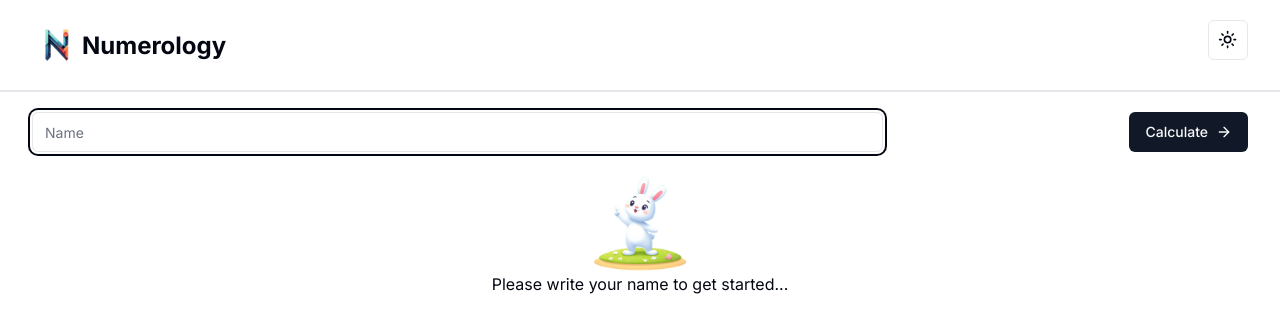
Repository: RaghunadhSahitDruvam/mynumerology
Page: /
These files come from the project's save history. The page is drawn as it stood at one moment and after the next save; the edit follows.
The browser window is 1280 px wide. The pictures show the whole page.
The project was rebuilt for these pictures with package versions that can differ from the ones it lists, and the page was loaded fresh each time. The framework's server and built-in components were replaced by stand-ins that run in the browser. Also part of the build but not shown: next.config.js.

Above is the page before, as saved 2023-12-19 16:20:39.

### app/layout.tsx
import type { Metadata } from "next";
import { Inter } from "next/font/google";
import "./globals.css";
import { ThemeProvider } from "@/components/theme-provider";
import Header from "@/components/header";

const inter = Inter({ subsets: ["latin"] });

export const metadata: Metadata = {
  title: "Numerology",
  description: "Officially designed by ⭐ Raghunadh ⭐",
};

export default function RootLayout({
  children,
}: {
  children: React.ReactNode;
}) {
  return (
    <html lang="en">
      <body className={inter.className}>
        {" "}
        <ThemeProvider
          attribute="class"
          defaultTheme="system"
          enableSystem
          disableTransitionOnChange
        >
          {children}
        </ThemeProvider>
      </body>
    </html>
  );
}

### app/page.tsx
// @ts-nocheck
"use client";
import React, { useEffect, useRef, useState } from "react";
import { Input } from "@/components/ui/input";
import { Button } from "@/components/ui/button";
import { ArrowRight } from "lucide-react";
import axios from "axios";
import Header from "@/components/header";
import Image from "next/image";
import { useRouter, useSearchParams } from "next/navigation";

interface DataSource {
  name_g2_block?: string;
  name_g3_block?: string;
  g2tot?: number;
  g2vtot?: number;
  g2nettot?: number;
  g3tot?: number;
  g3vtot?: number;
  g3nettot?: number;
  tot_letters?: number;
}

const Page: React.FC = () => {
  let [textName, setTextName] = useState<string>("");
  const [dataSource, setDataSource] = useState<DataSource | null>(null);
  const searchParams = useSearchParams();
  let search = searchParams.get("name");
  const router = useRouter();

  useEffect(() => {
    // Set initial value only if it's different from the current state
    if (search !== null && search !== textName) {
      setTextName(search);
    }
  }, [search, textName]);

  const inputFocusRef = useRef(null);
  const buttonRef = useRef(null);
  useEffect(() => {
    inputFocusRef.current.focus();
    if (search !== null) {
      if (buttonRef.current) {
        buttonRef.current.click();
      }
    }
  }, []);
  const submitHandler = (e: React.FormEvent<HTMLFormElement>) => {
    e.preventDefault();
    axios
      .get(`https://phinzi.com/convert?name=${textName}`)
      .then((res) => setDataSource(res.data));
  };

  const updateURL = (newTextName: string) => {
    // Update the URL without a page reload
    router.push(`?name=${encodeURIComponent(newTextName)}`);
  };

  return (
    <div className="">
      <Header />

      <div>
        <form
          className="container gap flex justify-between"
          onSubmit={(e) => submitHandler(e)}
        >
          <Input
            type="text"
            placeholder="Name"
            className="w-[70%]"
            value={textName}
            ref={inputFocusRef}
            onChange={(e) => {
              const newValue = e.target.value;
              setTextName(newValue);
              updateURL(newValue); // Update the URL when input changes
            }}
          />
          <Button type="submit" ref={buttonRef}>
            Calculate <ArrowRight className="ml-2 h-4 w-4" />
          </Button>
        </form>
      </div>
      {dataSource ? (
        <>
          <div className="container mt-[30px] flex items-start justify-start">
            <table
              border={2}
              className="border-2 dark:border-white border-black"
            >
              <thead className="border-2  dark:border-white border-black p-[20px]">
                <tr className="border-2  dark:border-white border-black">
                  <th className="border-2  dark:border-white border-black px-[20px]">
                    Group
                  </th>
                  <th className="border-2  dark:border-white border-black">
                    Name
                  </th>
                  <th className="border-2  dark:border-white border-black px-[20px]">
                    Total
                  </th>
                  <th className="border-2  dark:border-white border-black px-[20px]">
                    V
                  </th>
                  <th className="border-2  dark:border-white border-black px-[20px]">
                    C
                  </th>
                </tr>
              </thead>
              <tbody className="border-2  dark:border-white border-black ">
                <tr className="border-2  dark:border-white border-black">
                  <td className="border-2  dark:border-white border-black">
                    C
                  </td>
                  <td className="px-[20px] border-2  dark:border-white border-black">
                    <table
                      className="px-[20px] table-padding"
                      dangerouslySetInnerHTML={{
                        __html:
                          typeof dataSource !== "undefined" &&
                          dataSource?.name_g2_block,
                      }}
                    ></table>
                  </td>

                  <td className="border-2  dark:border-white border-black">
                    {dataSource?.g2tot}
                  </td>
                  <td className="border-2  dark:border-white border-black">
                    {" "}
                    {dataSource?.g2vtot}
                  </td>
                  <td className="border-2  dark:border-white border-black">
                    {" "}
                    {dataSource?.g2nettot}
                  </td>
                </tr>
                <tr className="border-2  dark:border-white border-black">
                  <td className="border-2  dark:border-white border-black">
                    P
                  </td>
                  <td className="px-[20px] border-2  dark:border-white border-black">
                    <table
                      className="px-[20px] table-padding"
                      dangerouslySetInnerHTML={{
                        __html:
                          typeof dataSource !== "undefined" &&
                          dataSource?.name_g3_block,
                      }}
                    ></table>
                  </td>

                  <td className="border-2  dark:border-white border-black">
                    {dataSource?.g3tot}
                  </td>
                  <td className="border-2  dark:border-white border-black">
                    {" "}
                    {dataSource?.g3vtot}
                  </td>
                  <td className="border-2  dark:border-white border-black">
                    {" "}
                    {dataSource?.g3nettot}
                  </td>
                </tr>
              </tbody>
            </table>
          </div>
          <div className="container flex  items-start mt-[10px] justify-between">
            {" "}
            Total Letters - {dataSource?.tot_letters}
            <Button
              variant={"destructive"}
              onClick={() => {
                setDataSource(null);
                setTextName("");
              }}
            >
              Cancel
            </Button>
          </div>
        </>
      ) : (
        <>
          <div className="flex justify-center">
            <Image
              className="justify-center align-middle items-center"
              src={"/images/up.png"}
              alt="rabbit_showing_up"
              height={100}
              width={100}
            />
          </div>
          <div className="container flex justify-center align-middle">
            <h1>Please write your name to get started...</h1>
          </div>
        </>
      )}
    </div>
  );
};

export default Page;

### app/globals.css
@tailwind base;
@tailwind components;
@tailwind utilities;

@layer base {
  :root {
    --background: 0 0% 100%;
    --foreground: 224 71.4% 4.1%;

    --card: 0 0% 100%;
    --card-foreground: 224 71.4% 4.1%;

    --popover: 0 0% 100%;
    --popover-foreground: 224 71.4% 4.1%;

    --primary: 220.9 39.3% 11%;
    --primary-foreground: 210 20% 98%;

    --secondary: 220 14.3% 95.9%;
    --secondary-foreground: 220.9 39.3% 11%;

    --muted: 220 14.3% 95.9%;
    --muted-foreground: 220 8.9% 46.1%;

    --accent: 220 14.3% 95.9%;
    --accent-foreground: 220.9 39.3% 11%;

    --destructive: 0 84.2% 60.2%;
    --destructive-foreground: 210 20% 98%;

    --border: 220 13% 91%;
    --input: 220 13% 91%;
    --ring: 224 71.4% 4.1%;

    --radius: 0.5rem;
  }

  .dark {
    --background: 224 71.4% 4.1%;
    --foreground: 210 20% 98%;

    --card: 224 71.4% 4.1%;
    --card-foreground: 210 20% 98%;

    --popover: 224 71.4% 4.1%;
    --popover-foreground: 210 20% 98%;

    --primary: 210 20% 98%;
    --primary-foreground: 220.9 39.3% 11%;

    --secondary: 215 27.9% 16.9%;
    --secondary-foreground: 210 20% 98%;

    --muted: 215 27.9% 16.9%;
    --muted-foreground: 217.9 10.6% 64.9%;

    --accent: 215 27.9% 16.9%;
    --accent-foreground: 210 20% 98%;

    --destructive: 0 62.8% 30.6%;
    --destructive-foreground: 210 20% 98%;

    --border: 215 27.9% 16.9%;
    --input: 215 27.9% 16.9%;
    --ring: 216 12.2% 83.9%;
  }
}

@layer base {
  * {
    @apply border-border;
  }
  body {
    @apply bg-background text-foreground;
  }
  .container {
    @apply mx-[50px];
  }
  .mainHeading {
    @apply text-2xl font-bold;
  }
  .gap {
    @apply my-[20px];
  }
  .table-padding tbody > tr > td {
    @apply px-[15px];
  }
}

### components/ui/input.tsx
import * as React from "react"

import { cn } from "@/lib/utils"

export interface InputProps
  extends React.InputHTMLAttributes<HTMLInputElement> {}

const Input = React.forwardRef<HTMLInputElement, InputProps>(
  ({ className, type, ...props }, ref) => {
    return (
      <input
        type={type}
        className={cn(
          "flex h-10 w-full rounded-md border border-input bg-background px-3 py-2 text-sm ring-offset-background file:border-0 file:bg-transparent file:text-sm file:font-medium placeholder:text-muted-foreground focus-visible:outline-none focus-visible:ring-2 focus-visible:ring-ring focus-visible:ring-offset-2 disabled:cursor-not-allowed disabled:opacity-50",
          className
        )}
        ref={ref}
        {...props}
      />
    )
  }
)
Input.displayName = "Input"

export { Input }

### components/ui/button.tsx
import * as React from "react"
import { Slot } from "@radix-ui/react-slot"
import { cva, type VariantProps } from "class-variance-authority"

import { cn } from "@/lib/utils"

const buttonVariants = cva(
  "inline-flex items-center justify-center rounded-md text-sm font-medium ring-offset-background transition-colors focus-visible:outline-none focus-visible:ring-2 focus-visible:ring-ring focus-visible:ring-offset-2 disabled:pointer-events-none disabled:opacity-50",
  {
    variants: {
      variant: {
        default: "bg-primary text-primary-foreground hover:bg-primary/90",
        destructive:
          "bg-destructive text-destructive-foreground hover:bg-destructive/90",
        outline:
          "border border-input bg-background hover:bg-accent hover:text-accent-foreground",
        secondary:
          "bg-secondary text-secondary-foreground hover:bg-secondary/80",
        ghost: "hover:bg-accent hover:text-accent-foreground",
        link: "text-primary underline-offset-4 hover:underline",
      },
      size: {
        default: "h-10 px-4 py-2",
        sm: "h-9 rounded-md px-3",
        lg: "h-11 rounded-md px-8",
        icon: "h-10 w-10",
      },
    },
    defaultVariants: {
      variant: "default",
      size: "default",
    },
  }
)

export interface ButtonProps
  extends React.ButtonHTMLAttributes<HTMLButtonElement>,
    VariantProps<typeof buttonVariants> {
  asChild?: boolean
}

const Button = React.forwardRef<HTMLButtonElement, ButtonProps>(
  ({ className, variant, size, asChild = false, ...props }, ref) => {
    const Comp = asChild ? Slot : "button"
    return (
      <Comp
        className={cn(buttonVariants({ variant, size, className }))}
        ref={ref}
        {...props}
      />
    )
  }
)
Button.displayName = "Button"

export { Button, buttonVariants }

### components/header.tsx
import React from "react";
import { ModeToggle } from "./mode";
import Link from "next/link";
import Image from "next/image";

const Header = () => {
  return (
    <div className={``}>
      <div className="flex my-[20px] mainHeading justify-between  container ">
        <Link href={"/"} className="flex align-middle text-center ">
          <Image src={"/images/logo.png"} alt="logo" height={50} width={50} />
          <span className="mt-[10px]">Numerology</span>
        </Link>
        <ModeToggle />
      </div>
      <div className="border-b-2"></div>
    </div>
  );
};

export default Header;

### components/mode.tsx
"use client";

import * as React from "react";
import { Moon, Sun } from "lucide-react";
import { useTheme } from "next-themes";

import { Button } from "@/components/ui/button";
import {
  DropdownMenu,
  DropdownMenuContent,
  DropdownMenuItem,
  DropdownMenuTrigger,
} from "@/components/ui/dropdown-menu";

export function ModeToggle() {
  const { setTheme } = useTheme();

  return (
    <DropdownMenu>
      <DropdownMenuTrigger asChild>
        <Button variant="outline" size="icon">
          <Sun className="h-[1.2rem] w-[1.2rem] rotate-0 scale-100 transition-all dark:-rotate-90 dark:scale-0" />
          <Moon className="absolute h-[1.2rem] w-[1.2rem] rotate-90 scale-0 transition-all dark:rotate-0 dark:scale-100" />
          <span className="sr-only">Toggle theme</span>
        </Button>
      </DropdownMenuTrigger>
      <DropdownMenuContent align="end">
        <DropdownMenuItem onClick={() => setTheme("light")}>
          Light
        </DropdownMenuItem>
        <DropdownMenuItem onClick={() => setTheme("dark")}>
          Dark
        </DropdownMenuItem>
        <DropdownMenuItem onClick={() => setTheme("system")}>
          System
        </DropdownMenuItem>
      </DropdownMenuContent>
    </DropdownMenu>
  );
}

### components/ui/dropdown-menu.tsx
import * as React from "react"
import * as DropdownMenuPrimitive from "@radix-ui/react-dropdown-menu"
import { Check, ChevronRight, Circle } from "lucide-react"

import { cn } from "@/lib/utils"

const DropdownMenu = DropdownMenuPrimitive.Root

const DropdownMenuTrigger = DropdownMenuPrimitive.Trigger

const DropdownMenuGroup = DropdownMenuPrimitive.Group

const DropdownMenuPortal = DropdownMenuPrimitive.Portal

const DropdownMenuSub = DropdownMenuPrimitive.Sub

const DropdownMenuRadioGroup = DropdownMenuPrimitive.RadioGroup

const DropdownMenuSubTrigger = React.forwardRef<
  React.ElementRef<typeof DropdownMenuPrimitive.SubTrigger>,
  React.ComponentPropsWithoutRef<typeof DropdownMenuPrimitive.SubTrigger> & {
    inset?: boolean
  }
>(({ className, inset, children, ...props }, ref) => (
  <DropdownMenuPrimitive.SubTrigger
    ref={ref}
    className={cn(
      "flex cursor-default select-none items-center rounded-sm px-2 py-1.5 text-sm outline-none focus:bg-accent data-[state=open]:bg-accent",
      inset && "pl-8",
      className
    )}
    {...props}
  >
    {children}
    <ChevronRight className="ml-auto h-4 w-4" />
  </DropdownMenuPrimitive.SubTrigger>
))
DropdownMenuSubTrigger.displayName =
  DropdownMenuPrimitive.SubTrigger.displayName

const DropdownMenuSubContent = React.forwardRef<
  React.ElementRef<typeof DropdownMenuPrimitive.SubContent>,
  React.ComponentPropsWithoutRef<typeof DropdownMenuPrimitive.SubContent>
>(({ className, ...props }, ref) => (
  <DropdownMenuPrimitive.SubContent
    ref={ref}
    className={cn(
      "z-50 min-w-[8rem] overflow-hidden rounded-md border bg-popover p-1 text-popover-foreground shadow-lg data-[state=open]:animate-in data-[state=closed]:animate-out data-[state=closed]:fade-out-0 data-[state=open]:fade-in-0 data-[state=closed]:zoom-out-95 data-[state=open]:zoom-in-95 data-[side=bottom]:slide-in-from-top-2 data-[side=left]:slide-in-from-right-2 data-[side=right]:slide-in-from-left-2 data-[side=top]:slide-in-from-bottom-2",
      className
    )}
    {...props}
  />
))
DropdownMenuSubContent.displayName =
  DropdownMenuPrimitive.SubContent.displayName

const DropdownMenuContent = React.forwardRef<
  React.ElementRef<typeof DropdownMenuPrimitive.Content>,
  React.ComponentPropsWithoutRef<typeof DropdownMenuPrimitive.Content>
>(({ className, sideOffset = 4, ...props }, ref) => (
  <DropdownMenuPrimitive.Portal>
    <DropdownMenuPrimitive.Content
      ref={ref}
      sideOffset={sideOffset}
      className={cn(
        "z-50 min-w-[8rem] overflow-hidden rounded-md border bg-popover p-1 text-popover-foreground shadow-md data-[state=open]:animate-in data-[state=closed]:animate-out data-[state=closed]:fade-out-0 data-[state=open]:fade-in-0 data-[state=closed]:zoom-out-95 data-[state=open]:zoom-in-95 data-[side=bottom]:slide-in-from-top-2 data-[side=left]:slide-in-from-right-2 data-[side=right]:slide-in-from-left-2 data-[side=top]:slide-in-from-bottom-2",
        className
      )}
      {...props}
    />
  </DropdownMenuPrimitive.Portal>
))
DropdownMenuContent.displayName = DropdownMenuPrimitive.Content.displayName

const DropdownMenuItem = React.forwardRef<
  React.ElementRef<typeof DropdownMenuPrimitive.Item>,
  React.ComponentPropsWithoutRef<typeof DropdownMenuPrimitive.Item> & {
    inset?: boolean
  }
>(({ className, inset, ...props }, ref) => (
  <DropdownMenuPrimitive.Item
    ref={ref}
    className={cn(
      "relative flex cursor-default select-none items-center rounded-sm px-2 py-1.5 text-sm outline-none transition-colors focus:bg-accent focus:text-accent-foreground data-[disabled]:pointer-events-none data-[disabled]:opacity-50",
      inset && "pl-8",
      className
    )}
    {...props}
  />
))
DropdownMenuItem.displayName = DropdownMenuPrimitive.Item.displayName

const DropdownMenuCheckboxItem = React.forwardRef<
  React.ElementRef<typeof DropdownMenuPrimitive.CheckboxItem>,
  React.ComponentPropsWithoutRef<typeof DropdownMenuPrimitive.CheckboxItem>
>(({ className, children, checked, ...props }, ref) => (
  <DropdownMenuPrimitive.CheckboxItem
    ref={ref}
    className={cn(
      "relative flex cursor-default select-none items-center rounded-sm py-1.5 pl-8 pr-2 text-sm outline-none transition-colors focus:bg-accent focus:text-accent-foreground data-[disabled]:pointer-events-none data-[disabled]:opacity-50",
      className
    )}
    checked={checked}
    {...props}
  >
    <span className="absolute left-2 flex h-3.5 w-3.5 items-center justify-center">
      <DropdownMenuPrimitive.ItemIndicator>
        <Check className="h-4 w-4" />
      </DropdownMenuPrimitive.ItemIndicator>
    </span>
    {children}
  </DropdownMenuPrimitive.CheckboxItem>
))
DropdownMenuCheckboxItem.displayName =
  DropdownMenuPrimitive.CheckboxItem.displayName

const DropdownMenuRadioItem = React.forwardRef<
  React.ElementRef<typeof DropdownMenuPrimitive.RadioItem>,
  React.ComponentPropsWithoutRef<typeof DropdownMenuPrimitive.RadioItem>
>(({ className, children, ...props }, ref) => (
  <DropdownMenuPrimitive.RadioItem
    ref={ref}
    className={cn(
      "relative flex cursor-default select-none items-center rounded-sm py-1.5 pl-8 pr-2 text-sm outline-none transition-colors focus:bg-accent focus:text-accent-foreground data-[disabled]:pointer-events-none data-[disabled]:opacity-50",
      className
    )}
    {...props}
  >
    <span className="absolute left-2 flex h-3.5 w-3.5 items-center justify-center">
      <DropdownMenuPrimitive.ItemIndicator>
        <Circle className="h-2 w-2 fill-current" />
      </DropdownMenuPrimitive.ItemIndicator>
    </span>
    {children}
  </DropdownMenuPrimitive.RadioItem>
))
DropdownMenuRadioItem.displayName = DropdownMenuPrimitive.RadioItem.displayName

const DropdownMenuLabel = React.forwardRef<
  React.ElementRef<typeof DropdownMenuPrimitive.Label>,
  React.ComponentPropsWithoutRef<typeof DropdownMenuPrimitive.Label> & {
    inset?: boolean
  }
>(({ className, inset, ...props }, ref) => (
  <DropdownMenuPrimitive.Label
    ref={ref}
    className={cn(
      "px-2 py-1.5 text-sm font-semibold",
      inset && "pl-8",
      className
    )}
    {...props}
  />
))
DropdownMenuLabel.displayName = DropdownMenuPrimitive.Label.displayName

const DropdownMenuSeparator = React.forwardRef<
  React.ElementRef<typeof DropdownMenuPrimitive.Separator>,
  React.ComponentPropsWithoutRef<typeof DropdownMenuPrimitive.Separator>
>(({ className, ...props }, ref) => (
  <DropdownMenuPrimitive.Separator
    ref={ref}
    className={cn("-mx-1 my-1 h-px bg-muted", className)}
    {...props}
  />
))
DropdownMenuSeparator.displayName = DropdownMenuPrimitive.Separator.displayName

const DropdownMenuShortcut = ({
  className,
  ...props
}: React.HTMLAttributes<HTMLSpanElement>) => {
  return (
    <span
      className={cn("ml-auto text-xs tracking-widest opacity-60", className)}
      {...props}
    />
  )
}
DropdownMenuShortcut.displayName = "DropdownMenuShortcut"

export {
  DropdownMenu,
  DropdownMenuTrigger,
  DropdownMenuContent,
  DropdownMenuItem,
  DropdownMenuCheckboxItem,
  DropdownMenuRadioItem,
  DropdownMenuLabel,
  DropdownMenuSeparator,
  DropdownMenuShortcut,
  DropdownMenuGroup,
  DropdownMenuPortal,
  DropdownMenuSub,
  DropdownMenuSubContent,
  DropdownMenuSubTrigger,
  DropdownMenuRadioGroup,
}

Loaded but not shown: components/theme-provider.tsx (common file); lib/utils.ts (common file); tailwind.config.js (common file)

After the next save:
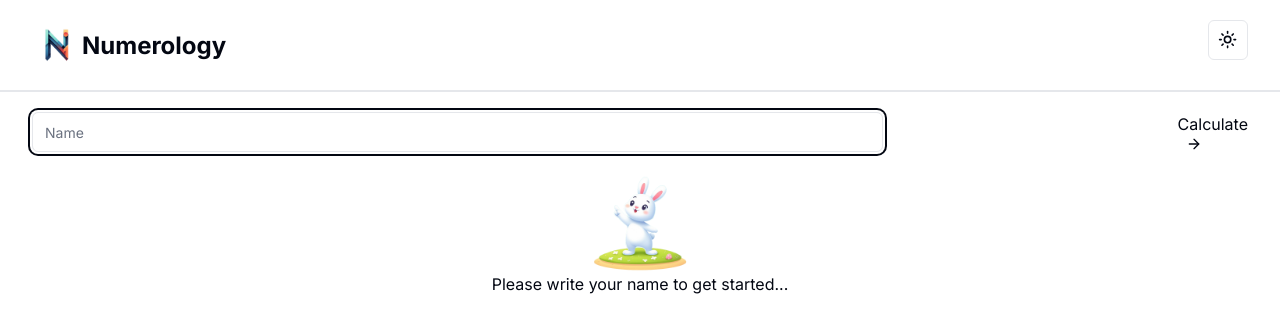
Saved 3 min 16 s later.
--- a/app/page.tsx
+++ b/app/page.tsx
@@ -78,9 +78,9 @@
               updateURL(newValue); // Update the URL when input changes
             }}
           />
-          <Button type="submit" ref={buttonRef}>
+          <button type="submit" ref={buttonRef}>
             Calculate <ArrowRight className="ml-2 h-4 w-4" />
-          </Button>
+          </button>
         </form>
       </div>
       {dataSource ? (

After the save that followed:
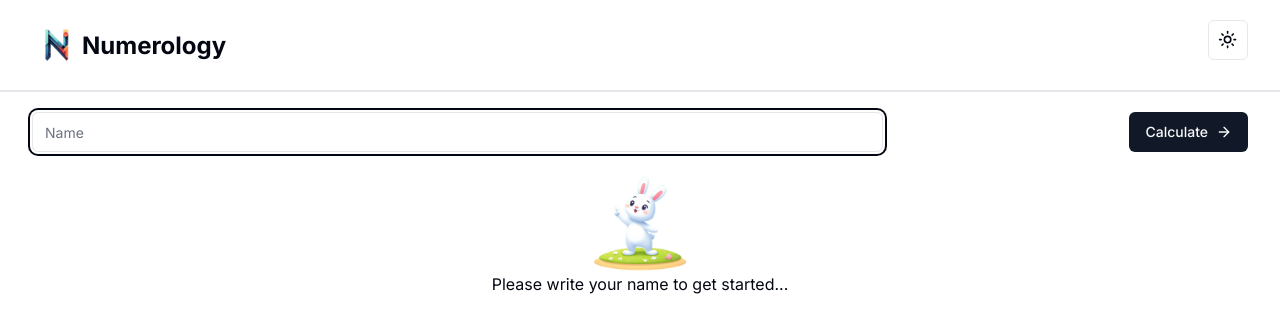
Saved 21 s later.
--- a/app/page.tsx
+++ b/app/page.tsx
@@ -78,9 +78,9 @@
               updateURL(newValue); // Update the URL when input changes
             }}
           />
-          <button type="submit" ref={buttonRef}>
+          <Button type="submit" ref={buttonRef}>
             Calculate <ArrowRight className="ml-2 h-4 w-4" />
-          </button>
+          </Button>
         </form>
       </div>
       {dataSource ? (
